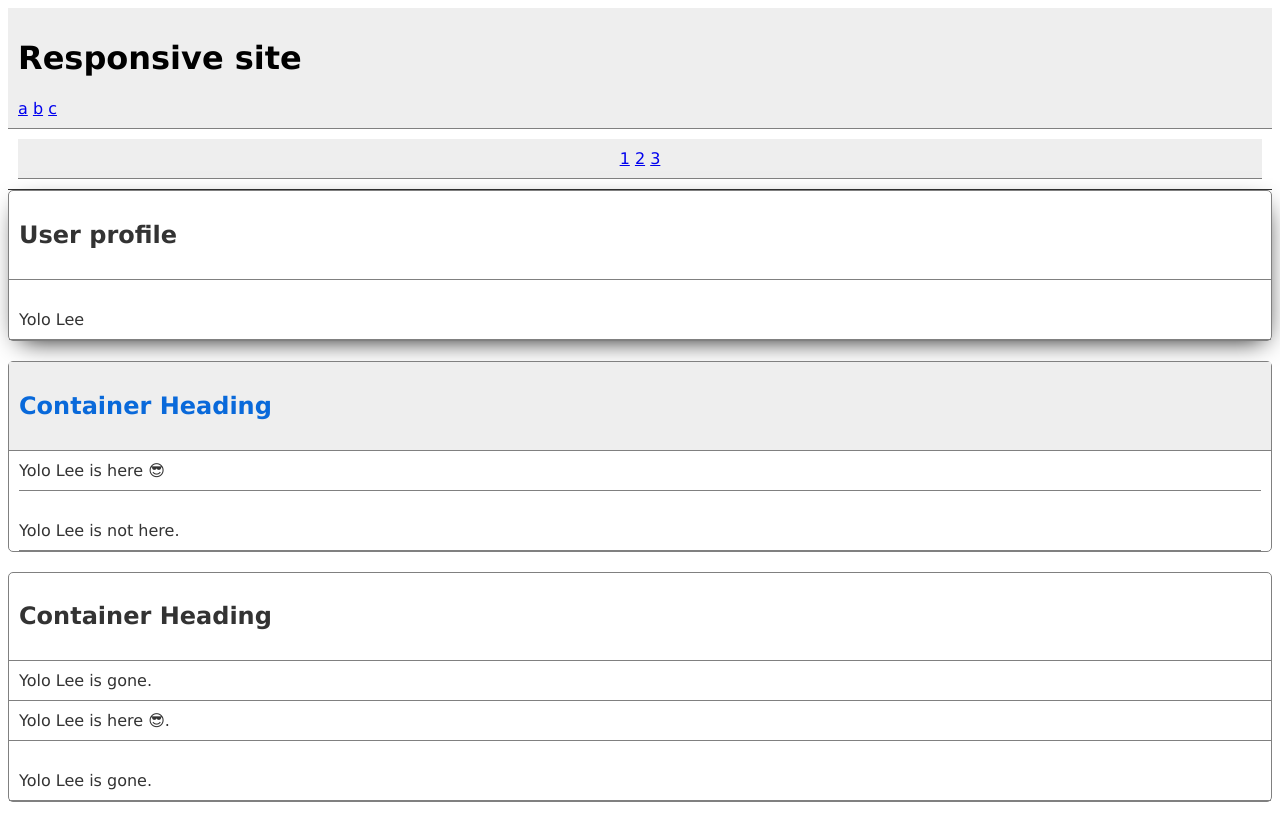
Repository: HyunJunggggg/MDIA2109
Page: inclass/week6/index.html
An editor plug-in stored every save of this project. The page is shown before and after a run of saves, followed by the edit.
The browser window is 1280 px wide. The pictures show the whole page.

Above is the page before, as saved 2025-02-13 15:36:20.

### inclass/week6/index.html
<!DOCTYPE html>
<html lang="en">
<head>
  <meta charset="UTF-8">
  <meta name="viewport" content="width=device-width, initial-scale=1.0">
  <link rel="stylesheet" href="css/style.css">
  <title>Code with me and responsive site 😉</title>
</head>

<body>
  <header class="page--header">
  <h1 class="page-header--title">Responsive site</h1>
  <a class="page-header--link"href="/">a</a>
  <a class="page-header--link"href="/">b</a>
  <a class="page-header--link"href="/">c</a>
  </header>

  <nav class="sub--nav">
    <header class="page--header">
      <a class="sub-nav__link"href="/">1</a>
      <a class="sub-nav__link"href="/">2</a>
      <a class="sub-nav__link"href="/">3</a>
      </header>
  </nav>

  <section class="container container--emphasize">
    <div class="container__content">
      <h1 class="container__title">User profile</h1>
    </div>
    <div class="container__content">
      Yolo Lee
    </div>
  </section>

  <section class="container">
    <header class="container__header">
      <h1 class="container__title">Container Heading</h1>
    </header>
    <div class="container__content container__content--with-margin">
      Yolo Lee is here 😎
    </div>
    <div class="container__content container__content--with-margin">
      Yolo Lee is not here.
    </div>
  </section>

  <section class="container">
    <div class="container__content">
      <h1 class="container__title">Container Heading</h1>
    </div>
    <div class="container__content">
      Yolo Lee is gone.
    </div>
    <div class="container__content">
      Yolo Lee is here 😎.
    </div>
    <div class="container__content">
      Yolo Lee is gone.
    </div>
  </section>
</body>
</html>

### inclass/week6/css/style.css
html{
  font-family: Verdana, Geneva, Tahoma, sans-serif;
}

.page--header{
  background: #eee;
  border-bottom: 1px solid grey;
  padding:  10px;
}

.page--header--link{
  border: 1px solid #333;
  padding: 5px;
  border-radius: 5px;
  line-height: 1;
}

.sub--nav{
  border-bottom: 1px solid #333;
  text-align: center;
  padding: 10px;
}


.container{
  border: 1px solid grey;
  border-radius: 5px;
  color: #333;
  margin-bottom: 20px;

  &.container--emphasize{
    box-shadow: 2px 8px 25px -10px rgb(0,0,0,1);
  }

  &:last-child {
      /* .container + .container
    if container directly next to container
    it will apply. sibling selector
   it can use for .container:last-child */
    margin-top: 20px;
  }
}

.container__header{
  color: #0969da;
  background-color: #eee;
  border-bottom: 1px solid grey;
  padding: 10px;
}

.container__content{
  padding: 10px;
  border-bottom: 1px solid gray;

  &.container__content--with-margin{
    padding: 10px 0;
    margin:  0 10px;
  }

  &:last-child {
  margin-top: 20px;
}
}

After the next 2 saves:
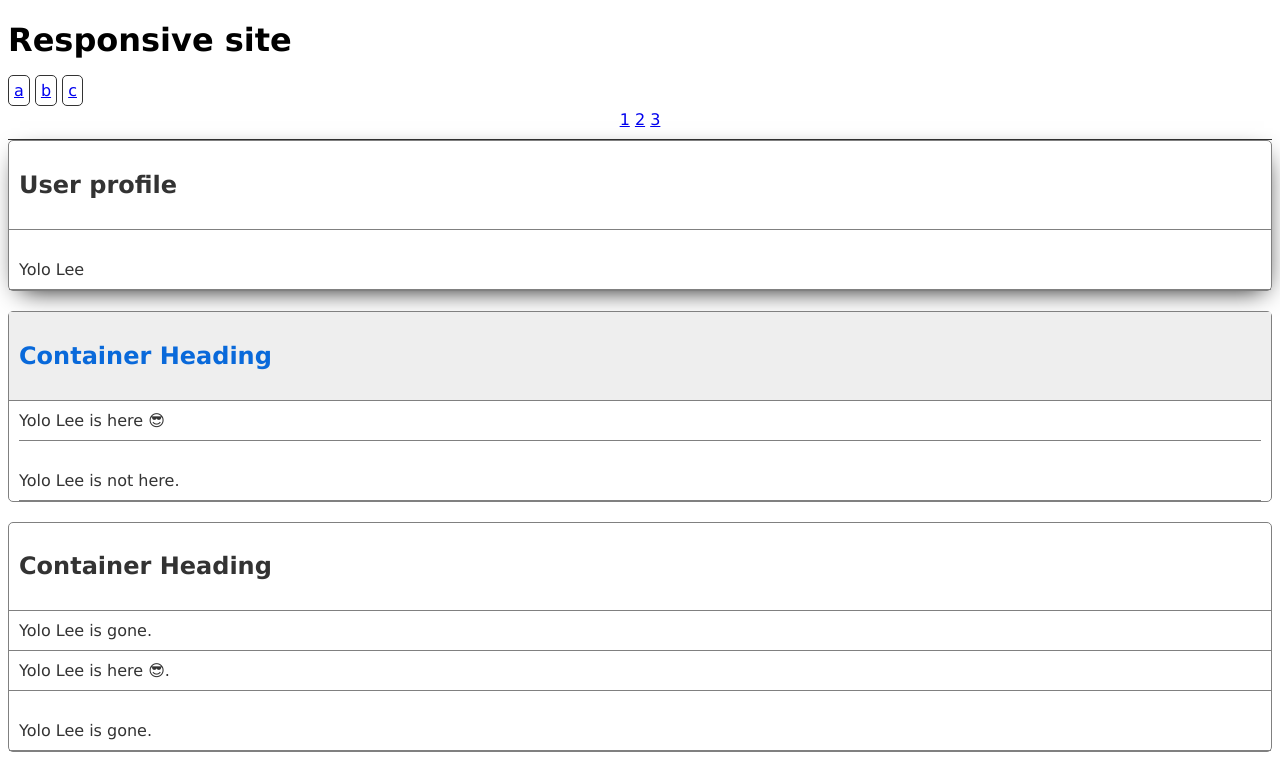
The 2 saves are shown as one change because they came seconds apart.
The last was saved 21 s later.
--- a/inclass/week6/css/style.css
+++ b/inclass/week6/css/style.css
@@ -2,13 +2,13 @@ html{
   font-family: Verdana, Geneva, Tahoma, sans-serif;
 }
 
-.page--header{
+.page-header{
   background: #eee;
   border-bottom: 1px solid grey;
   padding:  10px;
 }
 
-.page--header--link{
+.page-header--link{
   border: 1px solid #333;
   padding: 5px;
   border-radius: 5px;
